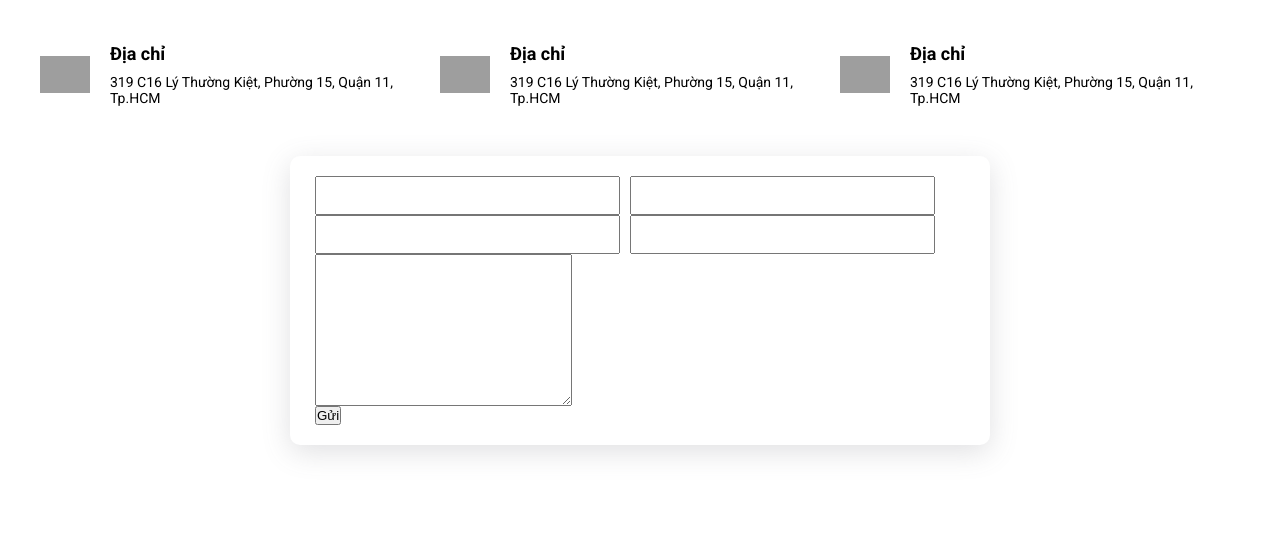
Repository: web345/WEBNANGCAO-clock-
Page: contact.html
An editor plug-in stored every save of this project. The page is shown before and after the next save, followed by the edit.
The browser window is 1280 px wide. The pictures show the part of the page from y = 678 to 1223 px (the page is 1223 px tall).
Pictures or frames that could not be fetched are drawn as grey boxes. Some web libraries are served in a nearby version.

Above is the page before, as saved 2021-09-10 20:23:44.

### contact.html
<!DOCTYPE html>
<html lang="en">
  <head>
    <meta charset="UTF-8" />
    <meta http-equiv="X-UA-Compatible" content="IE=edge" />
    <meta name="viewport" content="width=device-width, initial-scale=1.0" />
    <title>Document</title>
    <link rel="preconnect" href="https://fonts.gstatic.com" />
    <link
      href="https://fonts.googleapis.com/css2?family=Roboto:ital,wght@0,100;0,300;0,400;0,500;0,700;0,900;1,100;1,300;1,400;1,500;1,700;1,900&display=swap"
      rel="stylesheet"
    />
    <link rel="stylesheet" href="./CSS/index.css" />
    <link rel="stylesheet" href="./CSS/contact.css" />
    <link
      rel="stylesheet"
      href="https://cdnjs.cloudflare.com/ajax/libs/font-awesome/5.15.3/css/all.min.css"
    />
    <!-- thư viện slick slider  -->
    <link
      rel="stylesheet"
      type="text/css"
      href="//cdn.jsdelivr.net/npm/slick-carousel@1.8.1/slick/slick.css"
    />
  </head>
  <body>
    <header>
      <div class="header-1">
        <div class="container">
          <div class="header-1-s">
            <div class="header-1-item-1">
              <p class="header-1-item-text-1">
                <i class="fas fa-map-marker-alt icon"></i> 319 - C16 Lý Thường
                Kiệt, P.15, Q.11, Tp.HCM
              </p>
              <p class="header-1-item-text-1">
                <i class="fas fa-phone-alt icon"></i>
                <a href="" class="header-1-item-text-link">076 922 0162</a>
              </p>
            </div>
            <div class="header-1-item-1">
              <p class="header-1-item-text-2">
                <a href="" class="header-1-item-text-link"
                  ><i class="fab fa-facebook-f"></i
                ></a>
              </p>
              <p class="header-1-item-text-2">
                <a href="" class="header-1-item-text-link"
                  ><i class="fab fa-instagram"></i
                ></a>
              </p>
              <p class="header-1-item-text-2">
                <a href="" class="header-1-item-text-link"
                  ><i class="fab fa-twitter"></i
                ></a>
              </p>
            </div>
          </div>
        </div>
      </div>

      <div class="header-2">
        <div class="container">
          <div class="header-2-s">
            <div class="header-2-logo">
              <img src="./logo/logo-mona-2.png" alt="" />
            </div>

            <div class="header-2-search">
              <input type="text" placeholder="Tìm kiếm" />
              <button type="submit"><i class="fas fa-search"></i></button>
            </div>

            <div class="header-2-right">
              <p class="header-2-right-text">
                <a href=""><i class="fas fa-heart"></i></a>
              </p>
              <p class="header-2-right-cart">
                <span class="header-2-right-number">0</span>
              </p>
            </div>
          </div>
        </div>
      </div>

      <!-- lam phan icon de dropmenu khi responsive -->
      <input type="checkbox" id="toggle-menu" />
      <label for="toggle-menu" class="header-icon-responsive">
        <i class="fas fa-bars" id="header-icon1"></i>
        <i class="fas fa-times" id="header-icon2"></i>
      </label>
      <div class="header-3">
        <div class="header-3-s">
          <ul class="header-3-list">
            <li class="header-3-list-item active">
              <a href="./index.html" class="header-3-list-item-link"
                >Trang chủ</a
              >
            </li>
            <li class="header-3-list-item">
              <a href="./introduce.html" class="header-3-list-item-link"
                >Giới thiệu</a
              >
            </li>
            <li class="header-3-list-item">
              <a href="./product-boy.html" class="header-3-list-item-link"
                >đồng hồ nam</a
              >
            </li>
            <li class="header-3-list-item">
              <a href="./product-girl.html" class="header-3-list-item-link"
                >đồng hồ nữ</a
              >
            </li>
            <li class="header-3-list-item">
              <a href="./news.html" class="header-3-list-item-link">blogs</a>
            </li>
            <li class="header-3-list-item">
              <a href="./contact.html" class="header-3-list-item-link"
                >liên hệ</a
              >
            </li>
            <li class="header-3-list-item">
              <a href="" class="header-3-list-item-link">Đăng nhập</a>
            </li>
            <li class="header-3-list-item header-3-list-item-mobile">
              <div class="header-3-list-item-search">
                <input
                  type="text"
                  name=""
                  id=""
                  class="header-3-list-item-search-input"
                  placeholder="Tìm kiếm"
                />
                <button class="header-3-list-item-search-btn" type="submit">
                  <i class="fas fa-search"></i>
                </button>
              </div>
            </li>
          </ul>
        </div>
      </div>
    </header>
    <!-- hết phần header  -->

    <div class="contact">
      <div class="container">
        <div class="contact-maps">
          <div class="contact__maps-epu">
            <iframe
              src="https://www.google.com/maps/embed?pb=!1m18!1m12!1m3!1d3723.657060482336!2d105.78272751429809!3d21.04640359255304!2m3!1f0!2f0!3f0!3m2!1i1024!2i768!4f13.1!3m3!1m2!1s0x3135abb158a2305d%3A0x5c357d21c785ea3d!2zVHLGsOG7nW5nIMSQ4bqhaSBo4buNYyDEkGnhu4duIEzhu7Fj!5e0!3m2!1svi!2s!4v1631268219230!5m2!1svi!2s"
              width="1200"
              height="450"
              style="border: 0"
              allowfullscreen=""
              loading="lazy"
            ></iframe>
          </div>
        </div>
        <div class="contact-list">
          <div class="contact-item">
            <img src="./contact/contact1.PNG" alt="" class="contact-image" />
            <div class="contact-info">
              <h3 class="info-name">Địa chỉ</h3>
              <p class="info-desc">
                319 C16 Lý Thường Kiệt, Phường 15, Quận 11, Tp.HCM
              </p>
            </div>
          </div>
          <div class="contact-item">
            <img src="./contact/contact1.PNG" alt="" class="contact-image" />
            <div class="contact-info">
              <h3 class="info-name">Địa chỉ</h3>
              <p class="info-desc">
                319 C16 Lý Thường Kiệt, Phường 15, Quận 11, Tp.HCM
              </p>
            </div>
          </div>
          <div class="contact-item">
            <img src="./contact/contact1.PNG" alt="" class="contact-image" />
            <div class="contact-info">
              <h3 class="info-name">Địa chỉ</h3>
              <p class="info-desc">
                319 C16 Lý Thường Kiệt, Phường 15, Quận 11, Tp.HCM
              </p>
            </div>
          </div>
        </div>
        <form action="#">
          <div class="form-group">
            <input type="text" class="contact-form" />
            <input type="text" class="contact-form" />
          </div>
          <div class="form-group">
            <input type="text" class="contact-form" />
            <input type="text" class="contact-form" />
          </div>
          <div class="form-group">
            <textarea name="" id="" cols="30" rows="10"></textarea>
          </div>
          <button type="submit" class="btn-contact">Gửi</button>
        </form>
      </div>
    </div>

    <!-- làm phần footer  -->
    <!-- <footer>
      <div class="container">
        <div class="footer-s">
          <div class="row2">
            <div class="footer-item footer-item-1">
              <h2 class="footer-item-tittle">THÔNG TIN LIÊN HỆ</h2>
              <div class="footer-item-list">
                <div class="footer-item-list-item">
                  <div class="footer-item-list-item-icon">
                    <i class="fas fa-map-marker-alt"></i>
                  </div>
                  <div class="footer-item-list-item-text">
                    <p>
                      <a href=""
                        >319 C16 Lý Thường Kiệt, Phường 15, Quận 11, Tp.HCM</a
                      >
                    </p>
                  </div>
                </div>

                <div class="footer-item-list-item">
                  <div class="footer-item-list-item-icon">
                    <i class="fas fa-phone-alt"></i>
                  </div>
                  <div class="footer-item-list-item-text">
                    <p><a href="">076 922 0162</a></p>
                  </div>
                </div>

                <div class="footer-item-list-item">
                  <div class="footer-item-list-item-icon">
                    <i class="fas fa-envelope-open-text"></i>
                  </div>
                  <div class="footer-item-list-item-text">
                    <p><a href="">demonhunterg@gmail.com mon@mona.media</a></p>
                  </div>
                </div>

                <div class="footer-item-list-item">
                  <div class="footer-item-list-item-icon">
                    <i class="fab fa-skype"></i>
                  </div>
                  <div class="footer-item-list-item-text">
                    <p><a href="">demonhunterp</a></p>
                  </div>
                </div>
              </div>
              <div class="footer-item-icon">
                <div class="footer-item-icon-item footer-item-icon-item-face">
                  <a href=""><i class="fab fa-facebook-f"></i></a>
                </div>
                <div class="footer-item-icon-item footer-item-icon-item-insta">
                  <a href=""><i class="fab fa-instagram"></i></a>
                </div>
                <div
                  class="footer-item-icon-item footer-item-icon-item-twitter"
                >
                  <a href=""><i class="fab fa-twitter"></i></a>
                </div>
                <div class="footer-item-icon-item footer-item-icon-item-wifi">
                  <a href=""><i class="fas fa-wifi"></i></a>
                </div>
                <div class="footer-item-icon-item footer-item-icon-item-linked">
                  <a href=""><i class="fab fa-linkedin-in"></i></a>
                </div>
              </div>
            </div>

            <div class="footer-item footer-item-1">
              <h2 class="footer-item-tittle">LIÊN KẾT</h2>
              <div class="footer-item-list">
                <div class="footer-item-list-item">
                  <div class="footer-item-list-item-text">
                    <p><a href="./introduce.html">Giới thiệu</a></p>
                  </div>
                </div>

                <div class="footer-item-list-item">
                  <div class="footer-item-list-item-text">
                    <p><a href="./product-boy.html">Đồng hồ nam</a></p>
                  </div>
                </div>

                <div class="footer-item-list-item">
                  <div class="footer-item-list-item-text">
                    <p><a href="./product-girl.html">Đồng hồ nữ</a></p>
                  </div>
                </div>

                <div class="footer-item-list-item">
                  <div class="footer-item-list-item-text">
                    <p><a href="./news.html">Blogs</a></p>
                  </div>
                </div>

                <div class="footer-item-list-item">
                  <div class="footer-item-list-item-text">
                    <p><a href="./contact.html">Liên hệ</a></p>
                  </div>
                </div>
              </div>
            </div>

            <div class="footer-item footer-item-1">
              <h2 class="footer-item-tittle">HỖ TRỢ</h2>
              <div class="footer-item-list">
                <div class="footer-item-list-item">
                  <div class="footer-item-list-item-text">
                    <p><a href="./introduce.html">Hướng dẫn mua hàng</a></p>
                  </div>
                </div>

                <div class="footer-item-list-item">
                  <div class="footer-item-list-item-text">
                    <p><a href="./introduce.html">Hướng dẫn thanh toán</a></p>
                  </div>
                </div>

                <div class="footer-item-list-item">
                  <div class="footer-item-list-item-text">
                    <p><a href="./introduce.html">Chính sách bảo hành</a></p>
                  </div>
                </div>

                <div class="footer-item-list-item">
                  <div class="footer-item-list-item-text">
                    <p><a href="./introduce.html">Chính sách đổi trả</a></p>
                  </div>
                </div>

                <div class="footer-item-list-item">
                  <div class="footer-item-list-item-text">
                    <p><a href="./contact.html">Tư vấn khách hàng</a></p>
                  </div>
                </div>
              </div>
            </div>

            <div class="footer-item footer-item-4">
              <h2 class="footer-item-tittle">TẢI ỨNG DỤNG TRÊN</h2>
              <div class="footer-item-list">
                <div class="footer-item-list-item">
                  <div class="footer-item-list-item-text">
                    <p>
                      <a href=""
                        >Ứng dụng Mona Watch hiện có sẵn trên Google Play & App
                        Store. Tải nó ngay.</a
                      >
                    </p>
                  </div>
                </div>

                <div class="footer-item-list-item">
                  <img
                    class="footer-item-list-item-img"
                    src="http://mauweb.monamedia.net/donghohaitrieu/wp-content/uploads/2019/07/img-googleplay.jpg"
                    alt=""
                  />
                </div>

                <div class="footer-item-list-item">
                  <img
                    class="footer-item-list-item-img"
                    src="http://mauweb.monamedia.net/donghohaitrieu/wp-content/uploads/2019/07/img-appstore.jpg"
                    alt=""
                  />
                </div>
              </div>
            </div>
          </div>
        </div>
      </div>
      <h3 class="footer-banquyen">Lương Ngọc Vinh - Nguyễn Huy Hoàng</h3>
    </footer> -->

    <!-- thư viện js của jquery -->
    <script src="https://cdnjs.cloudflare.com/ajax/libs/jquery/3.6.0/jquery.min.js"></script>
    <!-- thư viện js của AOS -->
    <script src="https://cdnjs.cloudflare.com/ajax/libs/aos/2.0.2/aos.js"></script>
    <script>
      AOS.init({
        offset: 120,
        duration: 500,
      });
    </script>
    <!-- thư viện js của slick slider -->
    <script
      type="text/javascript"
      src="//cdn.jsdelivr.net/npm/slick-carousel@1.8.1/slick/slick.min.js"
    ></script>
    <script>
      $(document).ready(function () {
        $(".single-item").slick({
          autoplay: true,
          autoplaySpeed: 2000,
          prevArrow: ".main-banner-arrow-left",
          nextArrow: ".main-banner-arrow-right",
        });

        $(".responsive").slick({
          dots: false,
          infinite: true,
          speed: 300,
          slidesToShow: 4,
          slidesToScroll: 4,
          prevArrow: ".main-3-tittle-arrow-left",
          nextArrow: ".main-3-tittle-arrow-right",
          autoplay: true,
          autoplaySpeed: 1500,
          responsive: [
            {
              breakpoint: 1024,
              settings: {
                slidesToShow: 3,
                slidesToScroll: 3,
                infinite: true,
                dots: false,
              },
            },
            {
              breakpoint: 680,
              settings: {
                slidesToShow: 2,
                slidesToScroll: 2,
              },
            },
            {
              breakpoint: 480,
              settings: {
                slidesToShow: 1,
                slidesToScroll: 1,
              },
            },
            // You can unslick at a given breakpoint now by adding:
            // settings: "unslick"
            // instead of a settings object
          ],
        });
      });
    </script>
  </body>
</html>

### CSS/contact.css
.contact {
  margin-top: 30px;
  margin-bottom: 100px;
}

.contact-list {
  margin-top: 40px;
  display: flex;
  justify-content: space-between;
}
.contact-item {
  display: flex;
  align-items: center;
}

.contact-item img {
  width: 50px;
  margin-right: 20px;
}

h3.info-name {
  font-size: 18px;
  margin-bottom: 10px;
}

form {
  max-width: 700px;
  width: 100%;
  margin: 50px auto 0;
  background-color: #fff;
  box-shadow: rgba(100, 100, 111, 0.2) 0px 7px 29px 0px;
  padding: 20px 25px;
  border-radius: 10px;
}

.form-group {
  display: flex;
  align-items: center;
  gap: 10px;
}

.form-group input {
  width: calc(50% - 20px);
  padding: 10px 15px;
}

Loaded but not shown: CSS/index.css (1088 lines, source omitted)

After the next save:
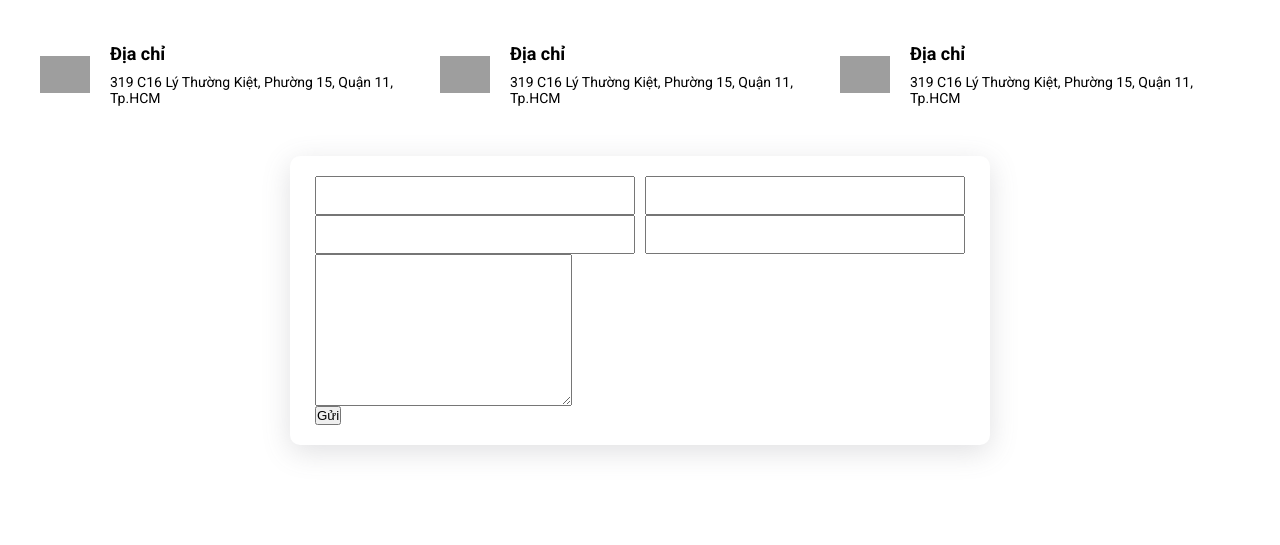
Saved 15 s later.
--- a/CSS/contact.css
+++ b/CSS/contact.css
@@ -40,6 +40,6 @@ form {
 }
 
 .form-group input {
-  width: calc(50% - 20px);
+  width: 50%;
   padding: 10px 15px;
 }
